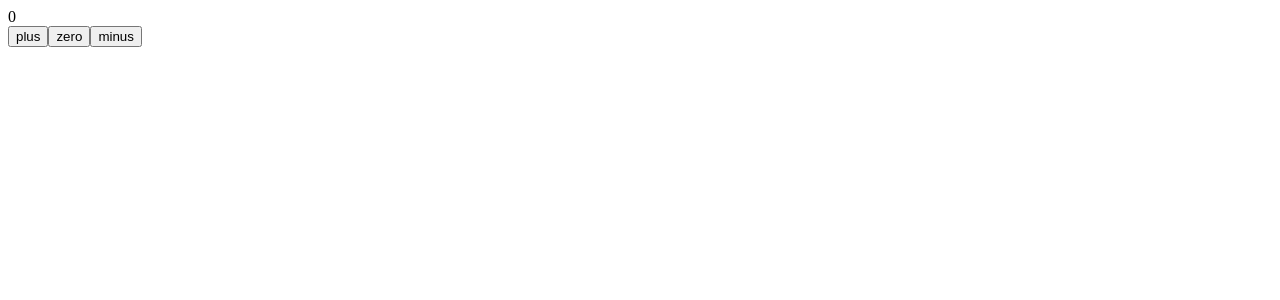
Repository: LordThiouk/part1
Page: /
An editor plug-in stored every save of this project. The page is shown before and after the next save, followed by the edit.
The browser window is 1280 px wide. The pictures show the whole page.
The project was rebuilt for these pictures with package versions that can differ from the ones it lists, and the page was loaded fresh each time. Also part of the build but not shown: vite.config.js.

Above is the page before, as saved 2023-09-15 06:33:35.

### src/App.jsx
import React from 'react';
import { useState } from 'react'

const App = () => {

  const [ counter, setCounter ] = useState(0)
  console.log('rendering with counter value', counter)


  const increaseByOne = () => {
    console.log('increasing, value before', counter)
    setCounter(counter + 1)
  }
  const decreaseByOne = () => {
    console.log('decreasing, value before', counter)
    setCounter(counter - 1)
  }
  const setToZero = () => {
    console.log('resetting to zero, value before', counter)
    setCounter(0)
  }
  return (
    <div>
      <Display counter={counter}/>
      <Button
        handleClick={increaseByOne}
        text='plus'
      />
      <Button
        handleClick={setToZero}
        text='zero'
      />
      <Button
        handleClick={decreaseByOne}
        text='minus'
      />
    </div>
  )
}

const Display = ({counter}) => <div>{counter}</div>

const Button = (props) => {
  return (
    <button onClick={props.handleClick}>
      {props.text}
    </button>
  )
}

const Header = (props) => {
  console.log(props);
  return (
    <div>
      <h1>{props.course}</h1>
    </div>
  );
};

const Part1 = () => {
  const parts = [
    {
      name: 'Fundamentals of React',
      exercises1: 10,
    },
    {
      name: 'Using props to pass data',
      exercises2: 7,
    },
    {
      name: 'State of a component',
      exercises3: 14,
    },
  ];

  return (
    <div>
      <p>
        {parts[0].name} {parts[0].exercises1}
      </p>
    </div>
  );
};

const Part2 = () => {
  const parts = [
    {
      name: 'Fundamentals of React',
      exercises1: 10,
    },
    {
      name: 'Using props to pass data',
      exercises2: 7,
    },
    {
      name: 'State of a component',
      exercises3: 14,
    },
  ];

  return (
    <div>
      <p>
        {parts[1].name} {parts[1].exercises2}
      </p>
    </div>
  );
};

const Part3 = () => {
  const parts = [
    {
      name: 'Fundamentals of React',
      exercises1: 10,
    },
    {
      name: 'Using props to pass data',
      exercises2: 7,
    },
    {
      name: 'State of a component',
      exercises3: 14,
    },
  ];

  return (
    <div>
      <p>
        {parts[2].name} {parts[2].exercises3}
      </p>
    </div>
  );
};

const Total = () => {
  const parts = [
    {
      name: 'Fundamentals of React',
      exercises1: 10,
    },
    {
      name: 'Using props to pass data',
      exercises2: 7,
    },
    {
      name: 'State of a component',
      exercises3: 14,
    },
  ];

  const total =
    parts[0].exercises1 + parts[1].exercises2 + parts[2].exercises3;

  return (
    <div>
      <p>Number of exercises {total}</p>
    </div>
  );
};



export default App;

Loaded but not shown: index.html (common file); src/main.jsx (common file)

After the next save:
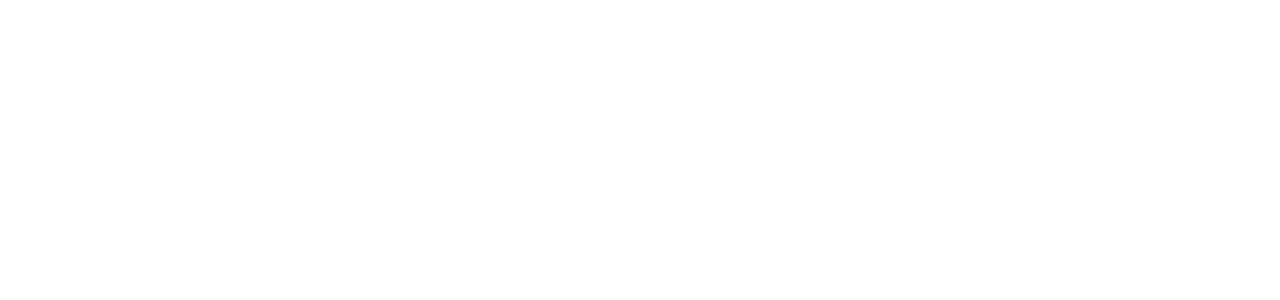
Console error (its wording comes from the project's code and is left out).
Saved 53 s later.
--- a/src/App.jsx
+++ b/src/App.jsx
@@ -40,10 +40,10 @@
 
 const Display = ({counter}) => <div>{counter}</div>
 
-const Button = (props) => {
+const Button = (handleClick, text) => {
   return (
-    <button onClick={props.handleClick}>
-      {props.text}
+    <button onClick={handleClick}>
+      {text}
     </button>
   )
 }

After the 4 saves that followed:
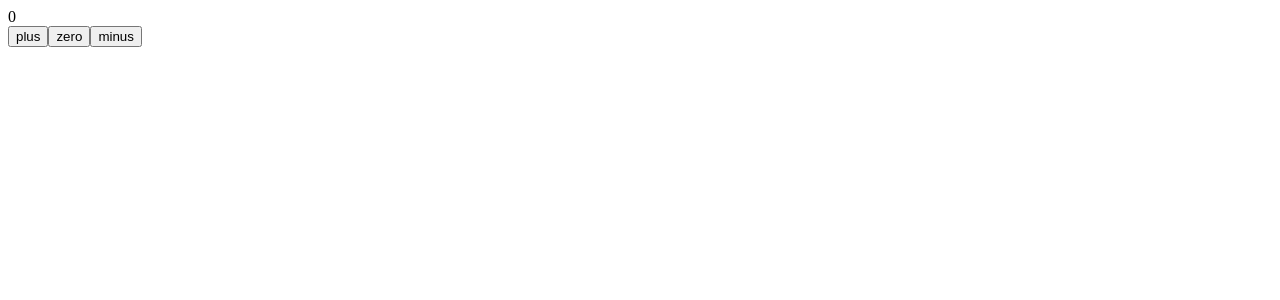
The error is gone.
The 4 saves are shown as one change because 3 left the picture as it was.
The last was saved 3 min 23 s later.
--- a/src/App.jsx
+++ b/src/App.jsx
@@ -40,123 +40,9 @@
 
 const Display = ({counter}) => <div>{counter}</div>
 
-const Button = (handleClick, text) => {
-  return (
-    <button onClick={handleClick}>
-      {text}
-    </button>
-  )
-}
+const Button = ({handleClick, text}) => <button
+  onClick={handleClick}>{text}</button>
 
-const Header = (props) => {
-  console.log(props);
-  return (
-    <div>
-      <h1>{props.course}</h1>
-    </div>
-  );
-};
-
-const Part1 = () => {
-  const parts = [
-    {
-      name: 'Fundamentals of React',
-      exercises1: 10,
-    },
-    {
-      name: 'Using props to pass data',
-      exercises2: 7,
-    },
-    {
-      name: 'State of a component',
-      exercises3: 14,
-    },
-  ];
-
-  return (
-    <div>
-      <p>
-        {parts[0].name} {parts[0].exercises1}
-      </p>
-    </div>
-  );
-};
-
-const Part2 = () => {
-  const parts = [
-    {
-      name: 'Fundamentals of React',
-      exercises1: 10,
-    },
-    {
-      name: 'Using props to pass data',
-      exercises2: 7,
-    },
-    {
-      name: 'State of a component',
-      exercises3: 14,
-    },
-  ];
-
-  return (
-    <div>
-      <p>
-        {parts[1].name} {parts[1].exercises2}
-      </p>
-    </div>
-  );
-};
-
-const Part3 = () => {
-  const parts = [
-    {
-      name: 'Fundamentals of React',
-      exercises1: 10,
-    },
-    {
-      name: 'Using props to pass data',
-      exercises2: 7,
-    },
-    {
-      name: 'State of a component',
-      exercises3: 14,
-    },
-  ];
-
-  return (
-    <div>
-      <p>
-        {parts[2].name} {parts[2].exercises3}
-      </p>
-    </div>
-  );
-};
-
-const Total = () => {
-  const parts = [
-    {
-      name: 'Fundamentals of React',
-      exercises1: 10,
-    },
-    {
-      name: 'Using props to pass data',
-      exercises2: 7,
-    },
-    {
-      name: 'State of a component',
-      exercises3: 14,
-    },
-  ];
-
-  const total =
-    parts[0].exercises1 + parts[1].exercises2 + parts[2].exercises3;
-
-  return (
-    <div>
-      <p>Number of exercises {total}</p>
-    </div>
-  );
-};
 
 
 
